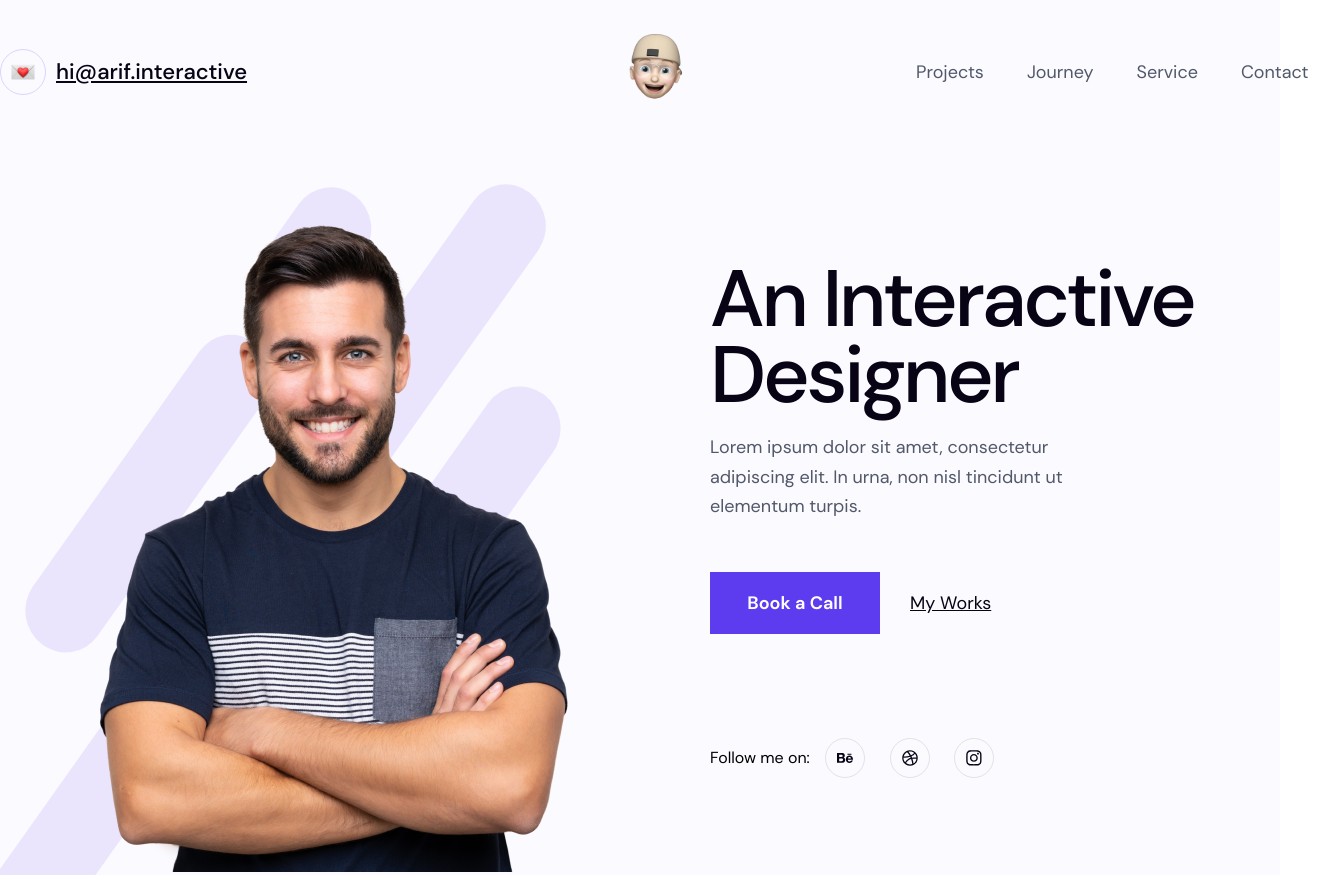
Repository: trantangtuan/project-06-grid-system12column-demo
Page: index.html
An editor plug-in stored every save of this project. The page is shown before and after the next save, followed by the edit.
The browser window is 1280 px wide. The page is 1330 px wide, so the pictures cover 1330 px, including what lies to the right of the window. The pictures show the whole page.

Above is the page before, as saved 2024-07-13 21:15:41.

### index.html
<!DOCTYPE html>
<html lang="en">
  <head>
    <meta charset="UTF-8" />
    <meta name="viewport" content="width=device-width, initial-scale=1.0" />
    <title>Project - 06 - use grid systerm 12 column</title>
    <!-- reset css -->
    <link rel="stylesheet" href="./assets/css/reset.css" />
    <!-- grid css -->
    <link rel="stylesheet" href="./assets/css/grid.css" />
    <!-- style css -->
    <link rel="stylesheet" href="./assets/css/style.css" />
    <!-- responsive css -->
    <link rel="stylesheet" href="./assets/css/responsive.css" />
    <!-- font DM sans -->
    <link rel="stylesheet" href="./assets/Font/stylesheet.css" />
  </head>
  <body>
    <!-- header -->
    <header class="header">
      <div class="nav">
        <div class="nav__mail">
          <div class="nav__mail-icon">
            <img
              class="nav__mail-img"
              src="./assets/img/mail-icon.png"
              alt="mail icon"
            />
          </div>
          <a
            href="mailto:nguyenvancuong0345723186@gmail.com"
            class="nav__mail-desc"
          >
            hi@arif.interactive
          </a>
        </div>
        <div class="logo">
          <img src="./assets/img/logo-boy.svg" alt="logo" class="logo-img" />
        </div>
        <ul class="navbar">
          <li>
            <a href="#!" class="navbar__item">Projects</a>
          </li>
          <li>
            <a href="#!" class="navbar__item">Journey</a>
          </li>
          <li>
            <a href="#!" class="navbar__item">Service</a>
          </li>
          <li>
            <a href="#!" class="navbar__item">Contact</a>
          </li>
        </ul>
      </div>
    </header>
    <!-- main -->
    <main class="main">
      <!-- hero -->
      <div class="hero">
        <div class="container">
          <div class="hero__left">
            <img
              class="group-rectangle__left"
              src="./assets/img/group-rectangle-left.svg"
              alt=""
            />
            <img
              src="./assets/img/hero-img.png"
              alt="image hero"
              class="hero__img"
            />
          </div>
          <div class="hero__right">
            <h1 class="hero__title">An Interactive Designer</h1>
            <p class="hero__desc">
              Lorem ipsum dolor sit amet, consectetur adipiscing elit. In urna,
              non nisl tincidunt ut elementum turpis.
            </p>
            <div class="hero__cta">
              <a href="#!" class="btn btn__book-call">Book a Call</a>
              <a href="#!" class="btn__my-detail">My Works</a>
            </div>
            <div class="hero__social-network">
              <span class="social-network__desc">Follow me on:</span>
              <div class="social-network__group">
                <a href="#!">
                  <img
                    src="./assets/img/Goggle.svg"
                    alt="goggle"
                    class="social-network__icon"
                  />
                </a>
                <a href="#!">
                  <img
                    src="./assets/img/icon.svg"
                    alt="icon"
                    class="social-network__icon"
                  />
                </a>
                <a href="#!">
                  <img
                    src="./assets/img/Instagram.svg"
                    alt="instagram"
                    class="social-network__icon"
                  />
                </a>
              </div>
            </div>
          </div>
        </div>
      </div>
    </main>
  </body>
</html>

### assets/css/grid.css
.container,
.container-fluid {
  --spacer: 10px;
  --column-size: 12;
  width: 100%;
  margin-left: auto;
  margin-right: auto;
  padding-left: calc(var(--spacer) / 2);
  padding-right: calc(var(--spacer) / 2);
}

.row {
  display: flex;
  flex-wrap: wrap;

  margin: 0px calc(-1 * var(--spacer) / 2);
}

.gutter-0 {
  --spacer: 0;
}

[class*="offset-"] {
  margin-left: calc(100% / var(--column-size) * var(--offset-value));
}

.offset-1 {
  --offset-value: 1;
}

.offset-2 {
  --offset-value: 2;
}

.offset-3 {
  --offset-value: 3;
}

.offset-4 {
  --offset-value: 4;
}

.offset-5 {
  --offset-value: 5;
}

.offset-6 {
  --offset-value: 6;
}

.offset-7 {
  --offset-value: 7;
}

.offset-8 {
  --offset-value: 8;
}

.offset-9 {
  --offset-value: 9;
}

.offset-10 {
  --offset-value: 10;
}

.offset-11 {
  --offset-value: 11;
}

.col,
.row[class*="row-cols-"] > *,
.row > [class*="col-"] {
  padding-left: calc(var(--spacer) / 2);
  padding-right: calc(var(--spacer) / 2);
}

.row[class*="row-cols-"] > *,
.row > [class*="col-"] {
  flex: 0 0 auto;
}

.row[class*="row-cols-"] > * {
  width: calc(100% / var(--row-cols-number));
}

.row-cols-1 > * {
  --row-cols-number: 1;
}

.row-cols-2 > * {
  --row-cols-number: 2;
}

.row-cols-3 > * {
  --row-cols-number: 3;
}

.row-cols-4 > * {
  --row-cols-number: 4;
}

.row-cols-5 > * {
  --row-cols-number: 5;
}

.row-cols-6 > * {
  --row-cols-number: 6;
}

.row > [class*="col-"] {
  width: calc(100% / var(--column-size) * var(--column-number));
}

.col-1 {
  --column-number: 1;
}

.col-2 {
  --column-number: 2;
}

.col-3 {
  --column-number: 3;
}

.col-4 {
  --column-number: 4;
}

.col-5 {
  --column-number: 5;
}

.col-6 {
  --column-number: 6;
}

.col-7 {
  --column-number: 7;
}

.col-8 {
  --column-number: 8;
}

.col-9 {
  --column-number: 9;
}

.col-10 {
  --column-number: 10;
}

.col-11 {
  --column-number: 11;
}

.col-12 {
  --column-number: 12;
}

/* // Small devices (landscape phones, 576px and up) */
@media (min-width: 576px) {
  .container {
    --spacer: 20px;
    width: 540px;
  }

  .gutter-sm-0 {
    --spacer: 0;
  }

  .offset-sm-1 {
    --offset-value: 1;
  }

  .offset-sm-2 {
    --offset-value: 2;
  }

  .offset-sm-3 {
    --offset-value: 3;
  }

  .offset-sm-4 {
    --offset-value: 4;
  }

  .offset-sm-5 {
    --offset-value: 5;
  }

  .offset-sm-6 {
    --offset-value: 6;
  }

  .offset-sm-7 {
    --offset-value: 7;
  }

  .offset-sm-8 {
    --offset-value: 8;
  }

  .offset-sm-9 {
    --offset-value: 9;
  }

  .offset-sm-10 {
    --offset-value: 10;
  }

  .offset-sm-11 {
    --offset-value: 11;
  }

  .col-sm-1 {
    --column-number: 1;
  }

  .col-sm-2 {
    --column-number: 2;
  }

  .col-sm-3 {
    --column-number: 3;
  }

  .col-sm-4 {
    --column-number: 4;
  }

  .col-sm-5 {
    --column-number: 5;
  }

  .col-sm-6 {
    --column-number: 6;
  }

  .col-sm-7 {
    --column-number: 7;
  }

  .col-sm-8 {
    --column-number: 8;
  }

  .col-sm-9 {
    --column-number: 9;
  }

  .col-sm-10 {
    --column-number: 10;
  }

  .col-sm-11 {
    --column-number: 11;
  }

  .col-sm-12 {
    --column-number: 12;
  }

  .row-cols-sm-1 > * {
    --row-cols-number: 1;
  }

  .row-cols-sm-2 > * {
    --row-cols-number: 2;
  }

  .row-cols-sm-3 > * {
    --row-cols-number: 3;
  }

  .row-cols-sm-4 > * {
    --row-cols-number: 4;
  }

  .row-cols-sm-5 > * {
    --row-cols-number: 5;
  }

  .row-cols-sm-6 > * {
    --row-cols-number: 6;
  }
}

/* // Medium devices (tablets, 768px and up) */
@media (min-width: 768px) {
  .container {
    width: 720px;
  }

  .gutter-md-0 {
    --spacer: 0;
  }

  .offset-md-1 {
    --offset-value: 1;
  }

  .offset-md-2 {
    --offset-value: 2;
  }

  .offset-md-3 {
    --offset-value: 3;
  }

  .offset-md-4 {
    --offset-value: 4;
  }

  .offset-md-5 {
    --offset-value: 5;
  }

  .offset-md-6 {
    --offset-value: 6;
  }

  .offset-md-7 {
    --offset-value: 7;
  }

  .offset-md-8 {
    --offset-value: 8;
  }

  .offset-md-9 {
    --offset-value: 9;
  }

  .offset-md-10 {
    --offset-value: 10;
  }

  .offset-md-11 {
    --offset-value: 11;
  }

  .col-md-1 {
    --column-number: 1;
  }

  .col-md-2 {
    --column-number: 2;
  }

  .col-md-3 {
    --column-number: 3;
  }

  .col-md-4 {
    --column-number: 4;
  }

  .col-md-5 {
    --column-number: 5;
  }

  .col-md-6 {
    --column-number: 6;
  }

  .col-md-7 {
    --column-number: 7;
  }

  .col-md-8 {
    --column-number: 8;
  }

  .col-md-9 {
    --column-number: 9;
  }

  .col-md-10 {
    --column-number: 10;
  }

  .col-md-11 {
    --column-number: 11;
  }

  .col-md-12 {
    --column-number: 12;
  }

  .row-cols-md-1 > * {
    --row-cols-number: 1;
  }

  .row-cols-md-2 > * {
    --row-cols-number: 2;
  }

  .row-cols-md-3 > * {
    --row-cols-number: 3;
  }

  .row-cols-md-4 > * {
    --row-cols-number: 4;
  }

  .row-cols-md-5 > * {
    --row-cols-number: 5;
  }

  .row-cols-md-6 > * {
    --row-cols-number: 6;
  }
}

/* // Large devices (desktops, 992px and up) */
@media (min-width: 992px) {
  .container {
    width: 960px;
    --spacer: 30px;
  }

  .gutter-lg-0 {
    --spacer: 0;
  }

  .offset-lg-1 {
    --offset-value: 1;
  }

  .offset-lg-2 {
    --offset-value: 2;
  }

  .offset-lg-3 {
    --offset-value: 3;
  }

  .offset-lg-4 {
    --offset-value: 4;
  }

  .offset-lg-5 {
    --offset-value: 5;
  }

  .offset-lg-6 {
    --offset-value: 6;
  }

  .offset-lg-7 {
    --offset-value: 7;
  }

  .offset-lg-8 {
    --offset-value: 8;
  }

  .offset-lg-9 {
    --offset-value: 9;
  }

  .offset-lg-10 {
    --offset-value: 10;
  }

  .offset-lg-11 {
    --offset-value: 11;
  }

  .col-lg-1 {
    --column-number: 1;
  }

  .col-lg-2 {
    --column-number: 2;
  }

  .col-lg-3 {
    --column-number: 3;
  }

  .col-lg-4 {
    --column-number: 4;
  }

  .col-lg-5 {
    --column-number: 5;
  }

  .col-lg-6 {
    --column-number: 6;
  }

  .col-lg-7 {
    --column-number: 7;
  }

  .col-lg-8 {
    --column-number: 8;
  }

  .col-lg-9 {
    --column-number: 9;
  }

  .col-lg-10 {
    --column-number: 10;
  }

  .col-lg-11 {
    --column-number: 11;
  }

  .col-lg-12 {
    --column-number: 12;
  }

  .row-cols-lg-1 > * {
    --row-cols-number: 1;
  }

  .row-cols-lg-2 > * {
    --row-cols-number: 2;
  }

  .row-cols-lg-3 > * {
    --row-cols-number: 3;
  }

  .row-cols-lg-4 > * {
    --row-cols-number: 4;
  }

  .row-cols-lg-5 > * {
    --row-cols-number: 5;
  }

  .row-cols-lg-6 > * {
    --row-cols-number: 6;
  }
}

/* // X-Large devices (large desktops, 1200px and up) */
@media (min-width: 1200px) {
  .container {
    width: 1170px;
  }

  .gutter-xl-0 {
    --spacer: 0;
  }

  .offset-xl-1 {
    --offset-value: 1;
  }

  .offset-xl-2 {
    --offset-value: 2;
  }

  .offset-xl-3 {
    --offset-value: 3;
  }

  .offset-xl-4 {
    --offset-value: 4;
  }

  .offset-xl-5 {
    --offset-value: 5;
  }

  .offset-xl-6 {
    --offset-value: 6;
  }

  .offset-xl-7 {
    --offset-value: 7;
  }

  .offset-xl-8 {
    --offset-value: 8;
  }

  .offset-xl-9 {
    --offset-value: 9;
  }

  .offset-xl-10 {
    --offset-value: 10;
  }

  .offset-xl-11 {
    --offset-value: 11;
  }

  .col-xl-1 {
    --column-number: 1;
  }

  .col-xl-2 {
    --column-number: 2;
  }

  .col-xl-3 {
    --column-number: 3;
  }

  .col-xl-4 {
    --column-number: 4;
  }

  .col-xl-5 {
    --column-number: 5;
  }

  .col-xl-6 {
    --column-number: 6;
  }

  .col-xl-7 {
    --column-number: 7;
  }

  .col-xl-8 {
    --column-number: 8;
  }

  .col-xl-9 {
    --column-number: 9;
  }

  .col-xl-10 {
    --column-number: 10;
  }

  .col-xl-11 {
    --column-number: 11;
  }

  .col-xl-12 {
    --column-number: 12;
  }

  .row-cols-xl-1 > * {
    --row-cols-number: 1;
  }

  .row-cols-xl-2 > * {
    --row-cols-number: 2;
  }

  .row-cols-xl-3 > * {
    --row-cols-number: 3;
  }

  .row-cols-xl-4 > * {
    --row-cols-number: 4;
  }

  .row-cols-xl-5 > * {
    --row-cols-number: 5;
  }

  .row-cols-xl-6 > * {
    --row-cols-number: 6;
  }
}

### assets/css/style.css
:root {
  --primary-color: #5d3bee;
  --secondary-color: #51586a;
}

*,
::after,
::before {
  box-sizing: border-box;
}

html {
  font-size: 62.5%;
}

body {
  font-size: 1.6rem;
  font-family: "DM Sans", sans-serif;
}

.item {
  /* width: 33.3333%; */
  border: 1px dashed orange;
  flex: 1 0;
}

/* ======================common======================== */

a {
  text-decoration: none;
  color: var(--secondary-color);
  font-size: 1.8rem;
  font-style: normal;
  font-weight: 400;
}

.btn {
  display: inline-block;
  height: 62px;
  min-width: 170px;
  background-color: var(--primary-color);
  padding: 0px 8px;
  color: #fdfdfd;
  font-size: 1.8rem;
  font-style: normal;
  font-weight: 700;
  line-height: 62px;
  text-align: center;
}

/* ==========================header========================= */

.header {
  background-color: #fbfaff;
  padding-top: 20px;
  position: sticky;
  top: -20px;
  z-index: 999;
}

.nav {
  width: 1330px;
  margin: 0px auto;
  display: flex;
  align-items: center;
}

.nav__mail {
  display: flex;
  align-items: center;
  gap: 0 10px;
}

.nav__mail-icon {
  width: 46px;
  height: 46px;
  border-radius: 50%;
  border: 1px solid #dcd4fc;
  display: flex;
  align-items: center;
  justify-content: center;
}

.nav__mail-desc {
  color: #080415;
  font-size: 2.2rem;
  font-style: normal;
  font-weight: 500;
  line-height: 136.364%;
  text-decoration: underline;
}

.logo {
  margin-left: 357px;
}

.logo-img {
  height: 100px;
  width: 100px;
}

.navbar {
  margin-left: auto;
  display: flex;
  align-items: center;
}

.navbar__item {
  padding: 8px 21.5px;
}

/* ========================main================== */
/* hero */

.hero {
  padding-top: 44px;
  background-color: #fbfaff;
}

.hero > .container {
  position: relative;
  display: flex;
  align-items: center;
  z-index: 2;
}

.hero__left,
.hero__right {
  position: relative;
}

.group-rectangle__left {
  position: absolute;
  z-index: -1;
  bottom: 0;
  right: -170px;
}

.hero__img {
  width: 514px;
}

.hero__right {
  width: 500px;
  margin-left: auto;
}

.hero__title {
  color: #080415;
  font-size: 8rem;
  font-style: normal;
  font-weight: 500;
  line-height: 95%;
  letter-spacing: -3.2px;
}

.hero__desc {
  width: 370px;
  margin-top: 20px;
  color: #51586a;
  font-size: 1.8rem;
  font-style: normal;
  font-weight: 400;
  line-height: 166.667%;
}

.hero__cta {
  margin-top: 50px;
  display: flex;
  align-items: center;
  gap: 30px;
}

.btn__my-detail {
  background-color: transparent;
  color: #080415;
  text-decoration: underline;
}

.hero__social-network {
  margin-top: 104px;
  display: flex;
  /* align-items: center; */
}

.social-network__desc {
  line-height: 40px;
  margin-right: -5px;
}

.social-network__icon {
  width: 40px;
  height: 40px;
  margin-left: 20px;
}

### assets/Font/stylesheet.css
@font-face {
    font-family: 'DM Sans';
    src: url('DMSans-Bold.woff2') format('woff2'),
        url('DMSans-Bold.woff') format('woff');
    font-weight: bold;
    font-style: normal;
    font-display: swap;
}

@font-face {
    font-family: 'DM Sans';
    src: url('DMSans-Italic.woff2') format('woff2'),
        url('DMSans-Italic.woff') format('woff');
    font-weight: normal;
    font-style: italic;
    font-display: swap;
}

@font-face {
    font-family: 'DM Sans';
    src: url('DMSans-BoldItalic.woff2') format('woff2'),
        url('DMSans-BoldItalic.woff') format('woff');
    font-weight: bold;
    font-style: italic;
    font-display: swap;
}

@font-face {
    font-family: 'DM Sans';
    src: url('DMSans-Medium.woff2') format('woff2'),
        url('DMSans-Medium.woff') format('woff');
    font-weight: 500;
    font-style: normal;
    font-display: swap;
}

@font-face {
    font-family: 'DM Sans';
    src: url('DMSans-MediumItalic.woff2') format('woff2'),
        url('DMSans-MediumItalic.woff') format('woff');
    font-weight: 500;
    font-style: italic;
    font-display: swap;
}

@font-face {
    font-family: 'DM Sans';
    src: url('DMSans-Regular.woff2') format('woff2'),
        url('DMSans-Regular.woff') format('woff');
    font-weight: normal;
    font-style: normal;
    font-display: swap;
}

Loaded but not shown: assets/css/reset.css (common file); assets/css/responsive.css (no stored copy; drawn as an empty file)

After the next save:
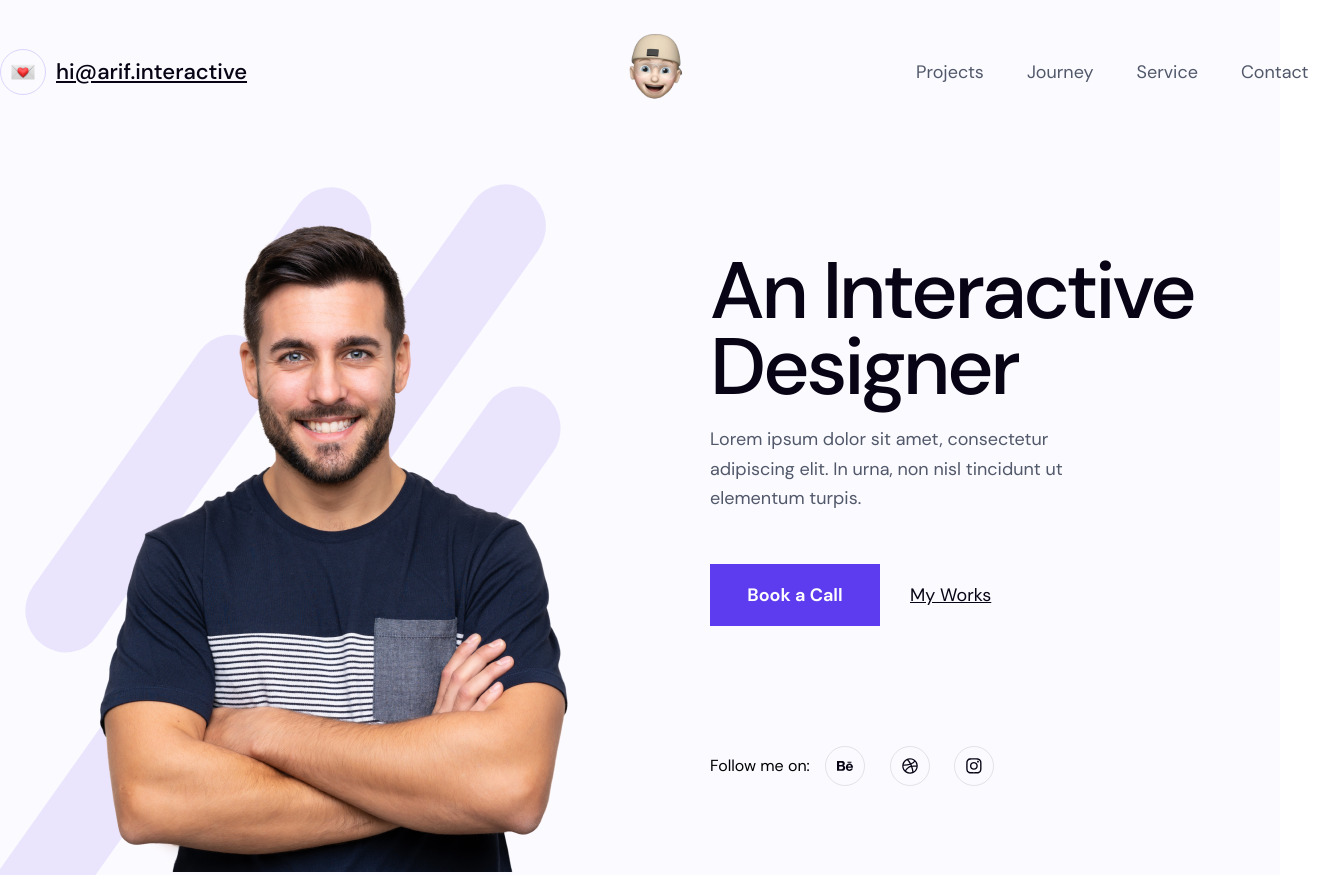
Saved 44 s later.
--- a/index.html
+++ b/index.html
@@ -80,6 +80,7 @@
               <a href="#!" class="btn btn__book-call">Book a Call</a>
               <a href="#!" class="btn__my-detail">My Works</a>
             </div>
+            <img class=".group-rectangle__right" src="" alt="" />
             <div class="hero__social-network">
               <span class="social-network__desc">Follow me on:</span>
               <div class="social-network__group">
